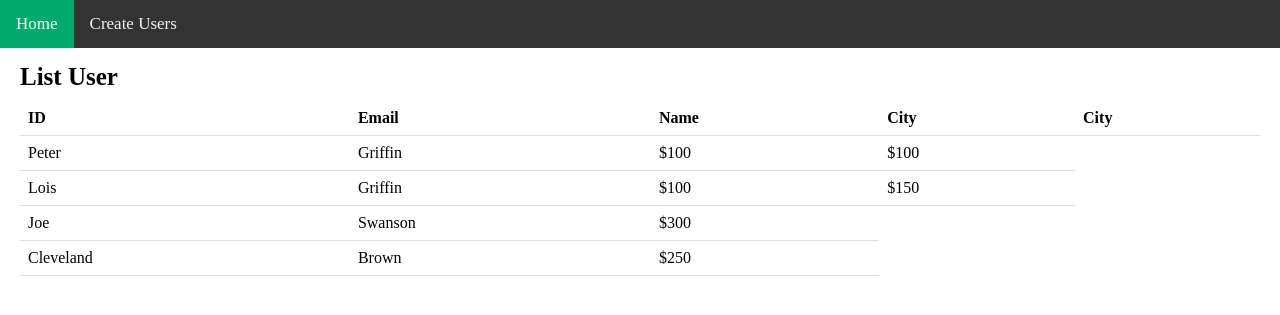
Repository: Ducbii4202/backend-Nodejs
Page: src/views/home.ejs
The author's editor kept a copy of each file at every save. The page is drawn from the files as they stood at one save, then again after the next save.
The browser window is 1280 px wide. The pictures show the whole page.
The page is served by the project's Node server (server.js). The template is opened directly, without the code that normally fills it, so the values that code supplies are empty.

Above is the page before, as saved 2024-07-02 16:36:31.

After the next save:
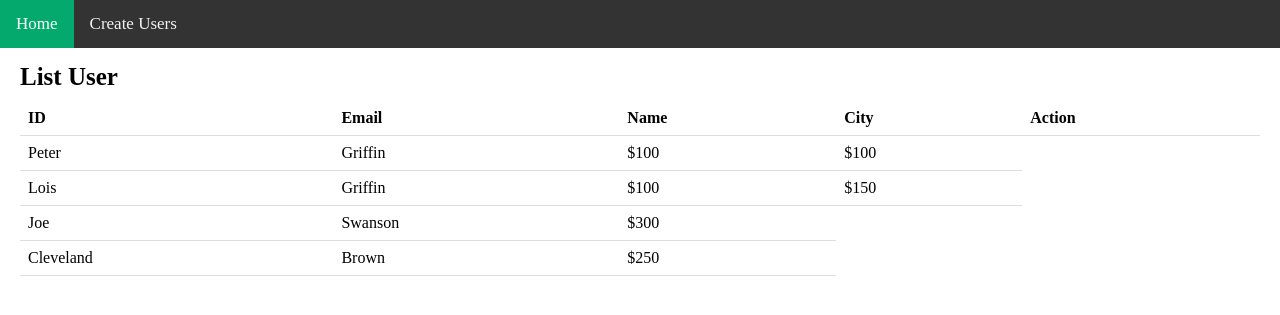
Saved 8 s later.
--- a/src/views/home.ejs
+++ b/src/views/home.ejs
@@ -22,7 +22,7 @@
         <th>Email</th>
         <th>Name</th>
         <th>City</th>
-        <th>City</th>
+        <th>Action</th>
       </tr>
       <tr>
         <td>Peter</td>
